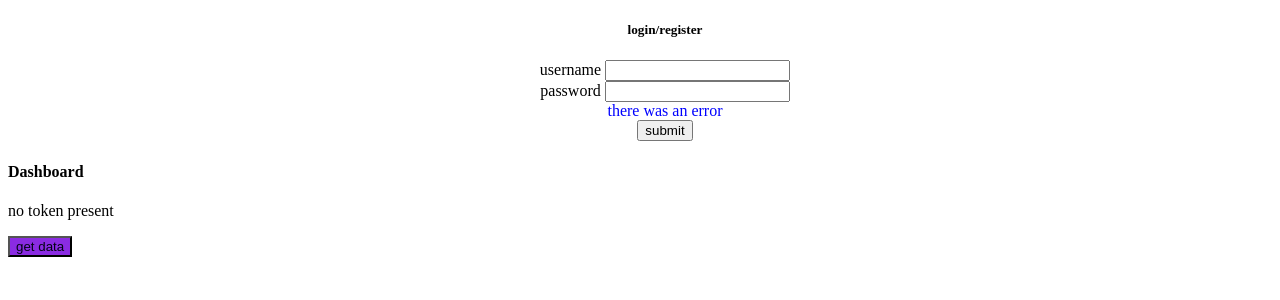
Repository: shivanand1988-28-06/townwarta
Page: public/index.html
An editor plug-in stored every save of this project. The page is shown before and after the next save, followed by the edit.
The browser window is 1280 px wide. The pictures show the whole page.
Some web libraries are served in a nearby version.

Above is the page before, as saved 2022-03-15 23:26:22.
Console error: TypeError: Cannot read properties of null (reading 'addEventListener')

### public/index.html
<!-- <!DOCTYPE html>
<html>

<head>
    <meta charset="UTF-8" />
    <meta http-equiv="X-UA-Compatible" content="IE=edge" />
    <meta name="viewport" content="width=device-width, initial-scale=1.0" />
    <title>Townwarta</title>
    <link rel="stylesheet" href="./styles.css" />
</head>
    <body>
        <main>
             <form class= "form makenews">
        <div>
              <label for= "newstitle" class= "newstitle-label">TITLE</label><br><br>
              <input type = "text" class = "newstitle-input"></input><br><br>
        </div>

        <div>
              <label for= "newsheading" class= "newsheading-label">Heading</label><br><br>
              <textarea name="heading" class="newsheading" ></textarea><br><br>
        </div>
 <div>
                <label for= "newsarticle" class= "news-label">NewsArticle</label><br><br>
                <textarea name=" newsarticle" cols="30" rows="10"></textarea><br><br>
            </div>
            <div>
                <label for="newsimages"></label><br><br>
                <input type="file" name="newsimage" multiple><br><br>
            </div>
            <div>
                <label for="tags" class="tags">SelectTags</label><br><br>
                <select class="tags" multiple>
                    <option value="sports">SPORTS</option>
                    <option value="health">HEALTH</option>
                    <option value="politics">POLITICS</option>
                    <option value="security">SECURITY</option>
                    <option value="international">INTERNATIONAL</option>
                    <option value="bollywood">BOLLYWOOD</option>
                </select><br><br>
            </div>
            <div>
                <label for="tags" class="tags">SelectStates</label><br><br>
                <select class="tags" multiple>
                    <option value="UTTARPRADESH">UTTARPRADESH</option>
                    <option value="MAHARASHTRA">MAHARASHTRA</option>
                    <option value="GUJRAT">GUJRAT</option>
                    <option value="PANJAB">PANJAB</option>
                    <option value="TAMILNADU">TAMILNADU</option>
                    <option value="JAMMU AND KASHMIR">JAMMU AND KASHMIR</option>
                </select><br><br>
            </div>

                <button type = "submit" class="form-submit">SUBMIT NEWS DATA</button>

            </form>

        </main>



<script>
 src="https://cdnjs.cloudflare.com/ajax/libs/axios/0.21.1/axios.min.js"
      integrity="sha512-bZS47S7sPOxkjU/4Bt0zrhEtWx0y0CRkhEp8IckzK+ltifIIE9EMIMTuT/mEzoIMewUINruDBIR/jJnbguonqQ=="
      crossorigin="anonymous"
      referrerpolicy="no-referrer"
</script>
<script src= "./browser-app.js"></script>
</body>
</html> -->




<!DOCTYPE html>
<html lang="en">
  <head>
    <meta charset="UTF-8" />
    <meta http-equiv="X-UA-Compatible" content="IE=edge" />
    <meta name="viewport" content="width=device-width, initial-scale=1.0" />
    <title>JWT Basics</title>
    <link rel="stylesheet" href="./styles.css" />

  </head>
  <body>


      <div class ="first" id ="firstform">
      <form >
        <h5>login/register</h5>
        <div class ="form-row">
          <label for="username" class="form-label">username</label>
          <input type="text" class="form-input username-input" />
        </div>
        <div class="form-row">
          <label for="password" class="form-label">password</label>
          <input type="password" class="form-input password-input" />
        </div>
        <div class="text-small form-alert">there was an error</div>
        <button type="submit" class="btn btn-block">submit</button>
      </form>
    </div>
      <div class="container">
        <h4>Dashboard</h4>
        <p class="token">no token present</p>
        <div class="result"></div>
        <button class="btn btn-block" id="data">get data</button>
      </div>

      <div id="root"></div>

    <script
      src="https://cdnjs.cloudflare.com/ajax/libs/axios/0.21.1/axios.min.js"
      integrity="sha512-bZS47S7sPOxkjU/4Bt0zrhEtWx0y0CRkhEp8IckzK+ltifIIE9EMIMTuT/mEzoIMewUINruDBIR/jJnbguonqQ=="
      crossorigin="anonymous"
      referrerpolicy="no-referrer"
    ></script>
    <script src="./browser-app.js"></script>

  </body>
</html>

### public/styles.css
.makenews{
    text-align: center;
    padding-top: 40px;
};
.newstitle-label{
   padding-bottom: 0px;
   color:blue;
}
.newstitle-input{
    color:brown;
};
.newsheading{

    color:blue
}

.first{

   margin-left: 50px;
   text-align: center;

   }


.form-alert{
    color:blue
}

#data{
    color: rgb(3, 3, 22);
    background-color: blueviolet;
}

### public/browser-app.js

// const formDOM = document.querySelector('.form');
// const usernameInputDOM = document.querySelector('.username-input');
// const passwordInputDOM = document.querySelector('.password-input');
// const btnDOM = document.querySelector('#data');
// const resultDOM = document.querySelector('.result');

// formDOM.addEventListener('submit',async(e)=>{
//    e.preventDefault();
//     const username = usernameInputDOM.value
//     const password = passwordInputDOM.valuey

//     const newsheading = textDOM.value;

// try{

// const {data} = await axios.post('/api/v1/news/users',{username,password})

// }catch(error){
//         console.log(error);
// }


//      }
// );

// btnDOM.addEventListener('click',async(e)=>{
//         const {data} = await axios.get('/api/v1/news/users',(e)=>{console.log({data})}

//         );
//         resultDOM.innerHTML = `<h1>${data.username}</h1>`;
// }

// )






const formDOM = document.querySelector('.form');
const usernameInputDOM = document.querySelector('.username-input');
const passwordInputDOM = document.querySelector('.password-input');
const formAlertDOM = document.querySelector('.form-alert');
const resultDOM = document.querySelector('.result');
const btnDOM = document.querySelector('#data');
const tokenDOM = document.querySelector('.token');

formDOM.addEventListener('submit', async (e) => {
  formAlertDOM.classList.remove('text-success')
  tokenDOM.classList.remove('text-success')

  e.preventDefault()
  const username = usernameInputDOM.value
  const password = passwordInputDOM.value

  try {
    const { data } = await axios.post('/api/v1/users', { username, password })

    formAlertDOM.style.display = 'block'
    formAlertDOM.textContent = data.msg

    formAlertDOM.classList.add('text-success')
    usernameInputDOM.value = ''
    passwordInputDOM.value = ''

    localStorage.setItem('token', data.token)
    resultDOM.innerHTML = ''
    tokenDOM.textContent = 'token present'
    tokenDOM.classList.add('text-success')
  } catch (error) {
    formAlertDOM.style.display = 'block'
    formAlertDOM.textContent = error.response.data.msg
    localStorage.removeItem('token')
    resultDOM.innerHTML = ''
    tokenDOM.textContent = 'no token present'
    tokenDOM.classList.remove('text-success')
  }
  setTimeout(() => {
    formAlertDOM.style.display = 'none'
  }, 2000)
})

btnDOM.addEventListener('click', async () => {
  const token = localStorage.getItem('token')
  try {
    const { data } = await axios.get('/api/v1/users', {
      headers: {
        Authorization: `Bearer ${token}`,
      },
    })
    resultDOM.innerHTML = `<h5>${data.msg}</h5><p>${data.allusers[data.allusers.length-1].password}</p>`
    console.log(data.allusers.length);
    data.secret
  } catch (error) {
    localStorage.removeItem('token')
    resultDOM.innerHTML = `<p>${error.response.data.msg}</p>`
  }
})

const checkToken = () => {
  tokenDOM.classList.remove('text-success')

  const token = localStorage.getItem('token')
  if (token) {
    tokenDOM.textContent = 'token present'
    tokenDOM.classList.add('text-success')
  }
}
checkToken();

After the next save:
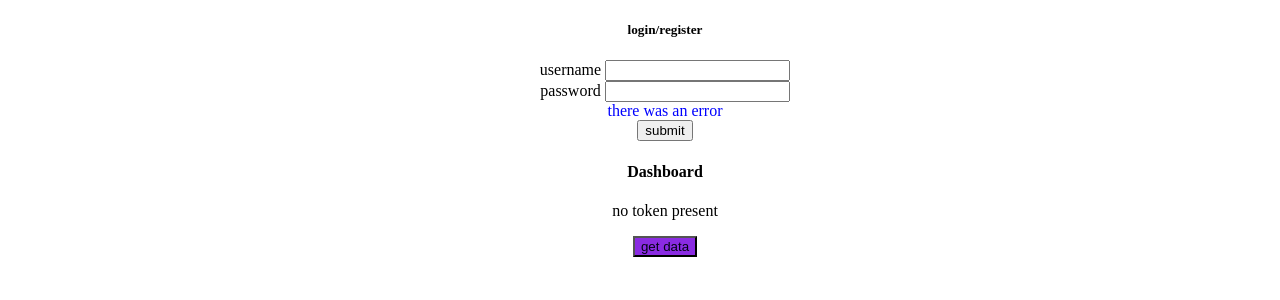
Saved 24 s later.
--- a/public/index.html
+++ b/public/index.html
@@ -84,8 +84,8 @@
   </head>
   <body>
 
-
-      <div class ="first" id ="firstform">
+    <main class ="first" id ="firstform">
+      <div >
       <form >
         <h5>login/register</h5>
         <div class ="form-row">
@@ -108,7 +108,7 @@
       </div>
 
       <div id="root"></div>
-
+    </main>
     <script
       src="https://cdnjs.cloudflare.com/ajax/libs/axios/0.21.1/axios.min.js"
       integrity="sha512-bZS47S7sPOxkjU/4Bt0zrhEtWx0y0CRkhEp8IckzK+ltifIIE9EMIMTuT/mEzoIMewUINruDBIR/jJnbguonqQ=="
